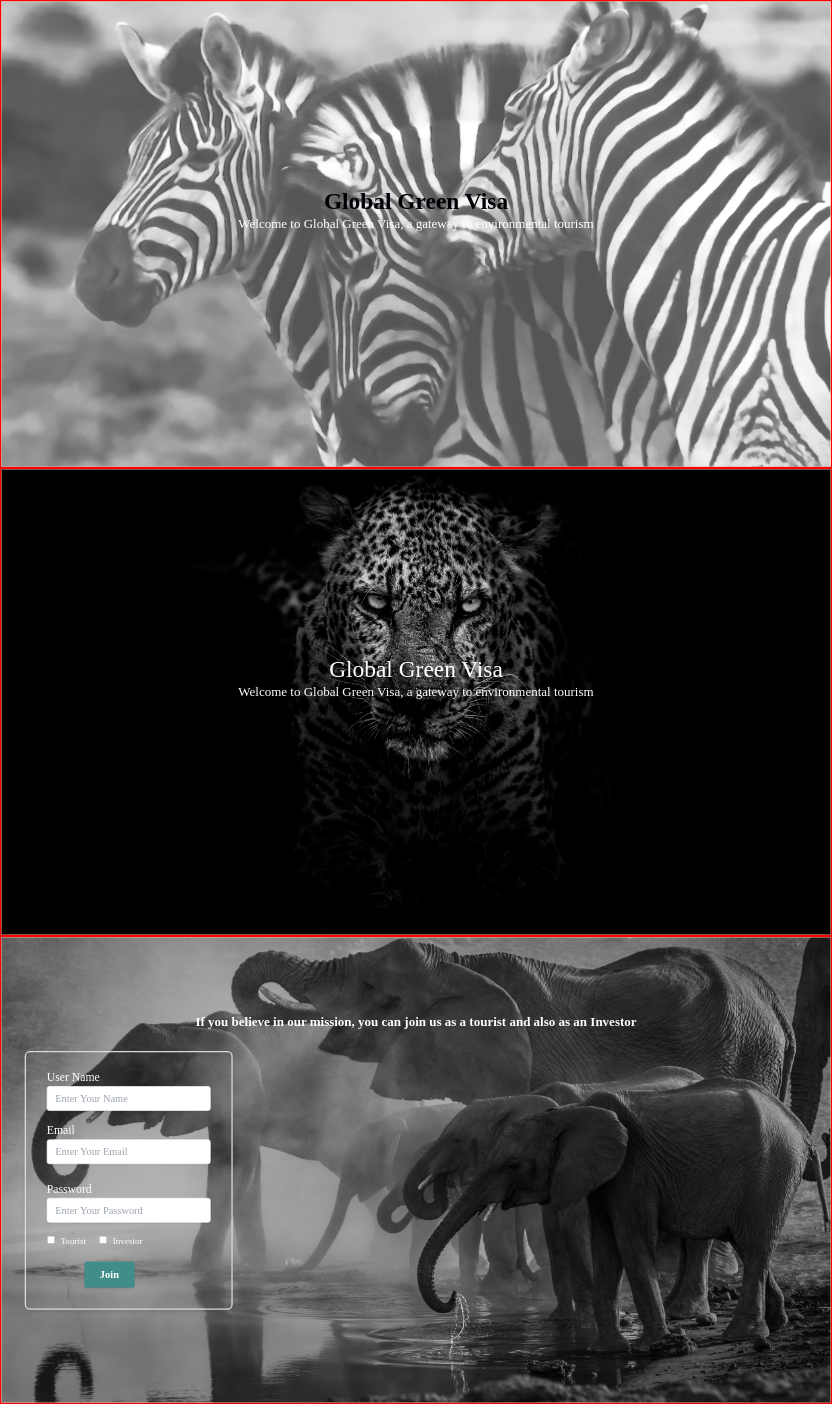
Repository: BrightonMboya/ggv-landingPage
Page: /
The author's editor kept a copy of each file at every save. The page is drawn from the files as they stood at one save, then again after the next save.
The browser window is 1280 px wide. The pictures show the whole page, at 65% of full size.
The project was rebuilt for these pictures with package versions that can differ from the ones it lists, and the page was loaded fresh each time. The framework's server and built-in components were replaced by stand-ins that run in the browser. Also part of the build but not shown: next.config.js.

Above is the page before, as saved 2022-06-14 11:01:56.

### pages/index.js
import React from "react";
import styles from "../styles/Home.module.css";
import HomePage from "./HomePage";
import AboutUs from "./AboutUs";
import Contactus from "./Contactus";

// const index = () => {
//   return (
//     <React.Fragment>
//       <div className={`${styles.global} ${styles.container}`}>
//         <section className={`${styles.section}`}>
//           <HomePage />
//         </section>
//         <section className={`${styles.section}`}>
//           <AboutUs />
//         </section>
//         <section className={`${styles.section} ${styles.three}`}>
//           <Contactus />
//         </section>
//       </div>
//     </React.Fragment>
//   );
// };

const index = () => {
  return (
    <React.Fragment>
      {/* <div className={styles.global}>
        <div className={styles.container}>
          <section className={`${styles.section}`}>
            <HomePage />
          </section>
          <section className={`${styles.section} ${styles.two}`}>
            <AboutUs />
          </section>
          <section className={styles.section}>
            <Contactus />
          </section>
        </div>
      </div> */}

      <HomePage />
      <AboutUs />
      <Contactus />
    </React.Fragment>
  );
};

export default index;

### styles/globals.css
@tailwind base;
@tailwind components;
@tailwind utilities;

@layer base {
  html {
    font-family: Syne;
  }
}

### styles/Home.module.css
.global {
  margin: 0;
  padding: 0;
  box-sizing: border-box;
  font-family: "Syne";
  /* border: 2px solid yellow; */
}
.section {
  /* height: 100vh; */
  display: flex;
  justify-content: center;
  align-items: center;
  scroll-snap-align: start;
}

.container {
  scroll-snap-type: y mandatory;
  overflow-y: scroll;
  height: 100vh;
}

.bgWrap {
  position: fixed;
  /* height: 100vh; */
  /* min-height: 80vh; */
  width: 100vw;
  overflow: hidden;
  z-index: -1;
  height: 100vh;
}

.bg {
  /* max-width: 100%; */
  position: relative;
  /* opacity: 0.1; */
  background: linear-gradient(
    to bottom-right,
    rgba(0, 1, 7, 0.7),
    rgb(78, 77, 77, 0.7)
  );
  border: 2px solid red;
  /* height: 100vh; */
}

.content {
  display: inline-block;
  position: absolute;
  left: 50%;
  top: 45%;
  width: 100%;
  transform: translate(-50%, -50%);
}

@media (max-width: 480px) {
  .content p {
    margin: 0 auto;
    max-width: 400px;
  }
}

.two {
  background: rgb(211, 79, 79);
  background: linear-gradient(
      to bottom right,
      rgba(0, 1, 7, 0.7),
      rgb(78, 77, 77, 0.7)
    ),
    url("../public/about.jpg");
  background-size: cover;
  background-repeat: no-repeat;
  background-position: center;
  font-size: 45px;
  line-height: 65px;
  text-align: center;
  color: #ffffff;
}

### pages/HomePage.js
import React from "react";
import styled from "styled-components";
import Head from "next/head";
import styles from "../styles/Home.module.css";
import Image from "next/image";

const HomePage = () => {
  return (
    <div className="">
      <div className={`${styles.bgWrap} ${styles.bg}`}>
        <Image
          src="/home.jpg"
          layout="fill"
          // width={900}
          // height={800}
          objectFit="cover"
          quality={100}
          style={{ opacity: 0.7 }}
        />

        <div className={styles.content}>
          <h2 className="text-black lg:text-4xl text-center text-7xl font-semibold">
            Global Green Visa
          </h2>
          <p className="text-white lg:text-xl text-center text-2xl">
            Welcome to Global Green Visa, a gateway to environmental tourism
          </p>
        </div>
      </div>
    </div>
  );
};
export default HomePage;

// className="absolute lg:top-[50%] top-[6%]"
// className="lg:justify-center lg:items-center sm:h-0 lg:flex lg:h-[100vh]"

### pages/AboutUs.js
import Image from "next/image";
import styles from "../styles/Home.module.css";
import styled from "styled-components";
import Head from "next/head";
// import home from "./assets/home.jpg";

const AboutUs = () => {
  return (
    <div className={styles.global}>
      <div className={`${styles.bgWrap} ${styles.bg}`}>
        <Image
          src="/about.jpg"
          layout="fill"
          // width={900}
          // height={800}
          objectFit="cover"
          quality={100}
        />
        <div className={styles.content}>
          <h2 className="text-white lg:text-4xl text-center text-2xl">
            Global Green Visa
          </h2>
          <p className="text-white lg:text-xl text-center text-md">
            Welcome to Global Green Visa, a gateway to environmental tourism
          </p>
        </div>
      </div>
    </div>
  );
};
export default AboutUs;

### pages/Contactus.js
import React from "react";
import Image from "next/image";
import styles from "../styles/Home.module.css";
import { useState } from "react";

const Contactus = () => {
  const [enteredName, setEnteredName] = useState("");
  const [enteredPassword, setEnteredPassword] = useState("");
  const [enteredMessage, setEnteredMessage] = useState("");

  const nameChangeHandler = (event) => {
    setEnteredName(event.target.value);
  };

  const passwordChangeHandler = (event) => {
    setEnteredPassword(event.target.value);
  };

  const messageChangeHandler = (event) => {
    setEnteredMessage(event.target.value);
  };

  const submitHandler = (event) => {
    event.preventDefault();
  };
  return (
    <div className="">
      <div className={`${styles.bgWrap} ${styles.bg}`}>
        <Image
          src="/contact.jpg"
          layout="fill"
          // width={900}
          // height={800}
          objectFit="cover"
          quality={100}
        />
        <div className="md:flex items-center justify-center text-white">
          <div className={styles.content}>
            <div className="mt-7 flex justify-center items-center">
              <div className="mt-8">
                <h3 className="text-lg font-semibold md:text-xl text-center px-5">
                  If you believe in our mission, you can join us as a tourist
                  and also as an Investor
                </h3>
              </div>
            </div>
            <div className="w-full max-w-xs ml-[5vh] mt-8">
              <form
                onSubmit={submitHandler}
                className="shadow-md rounded-lg px-8 pt-6 pb-8 mb-4 border-gray border-2"
              >
                <div className="mb-4">
                  <label className="text-lg">User Name</label>
                  <input
                    type="text"
                    value={enteredName}
                    onChange={nameChangeHandler}
                    placeholder="Enter Your Name"
                    className="shadow appearance-none border rounded w-full py-2 px-3 text-gray-700 leading-tight focus:outline-none focus:shadow-outline"
                  />
                </div>
                <div className="mb-6">
                  <label className="text-lg">Email</label>
                  <input
                    type="email"
                    className="shadow appearance-none border rounded w-full py-2 px-3 text-gray-700 leading-tight focus:outline-none focus:shadow-outline"
                    onChange={passwordChangeHandler}
                    placeholder="Enter Your Email"
                    value={enteredPassword}
                  />
                </div>

                <div>
                  <label className="text-lg">Password</label>
                  <input
                    type="text"
                    className="shadow appearance-none border rounded w-full py-2 px-3 text-gray-700 leading-tight focus:outline-none focus:shadow-outline"
                    placeholder="Enter Your Password"
                    value={enteredMessage}
                    onChange={messageChangeHandler}
                  />
                </div>
                <div className="flex items-center mt-4">
                  <div>
                    <input type="checkbox" className="mr-2 leading-tight" />
                    <span className="text-sm text-center">Tourist</span>
                  </div>
                  <div className="ml-5">
                    <input type="checkbox" className="mr-2 leading-tight" />
                    <span className="text-sm text-center">Investor</span>
                  </div>
                </div>

                <div className="mt-5 ml-[8vh]">
                  <button className="shadow bg-green focus:shadow-outline focus:outline-none text-white font-bold py-2 px-6 rounded">
                    Join
                  </button>
                </div>
              </form>
            </div>
          </div>
        </div>
      </div>
    </div>
  );
};

export default Contactus;

### tailwind.config.js
module.exports = {
  content: [
    "./pages/**/*.{js,ts,jsx,tsx}",
    "./components/**/*.{js,ts,jsx,tsx}"
  ],
  theme: {
    extend: {
      colors: {
        black: "#000107",
        slate: "#E3F1EF",
        green: "#418D89",
        gray: "#D9D9D9"
      },
      fontFamily: {
        Syne: ["Syne", "sans-serif"]
      }
    }
  },
  plugins: []
};

Loaded but not shown: pages/_app.js (common file)

After the next save:
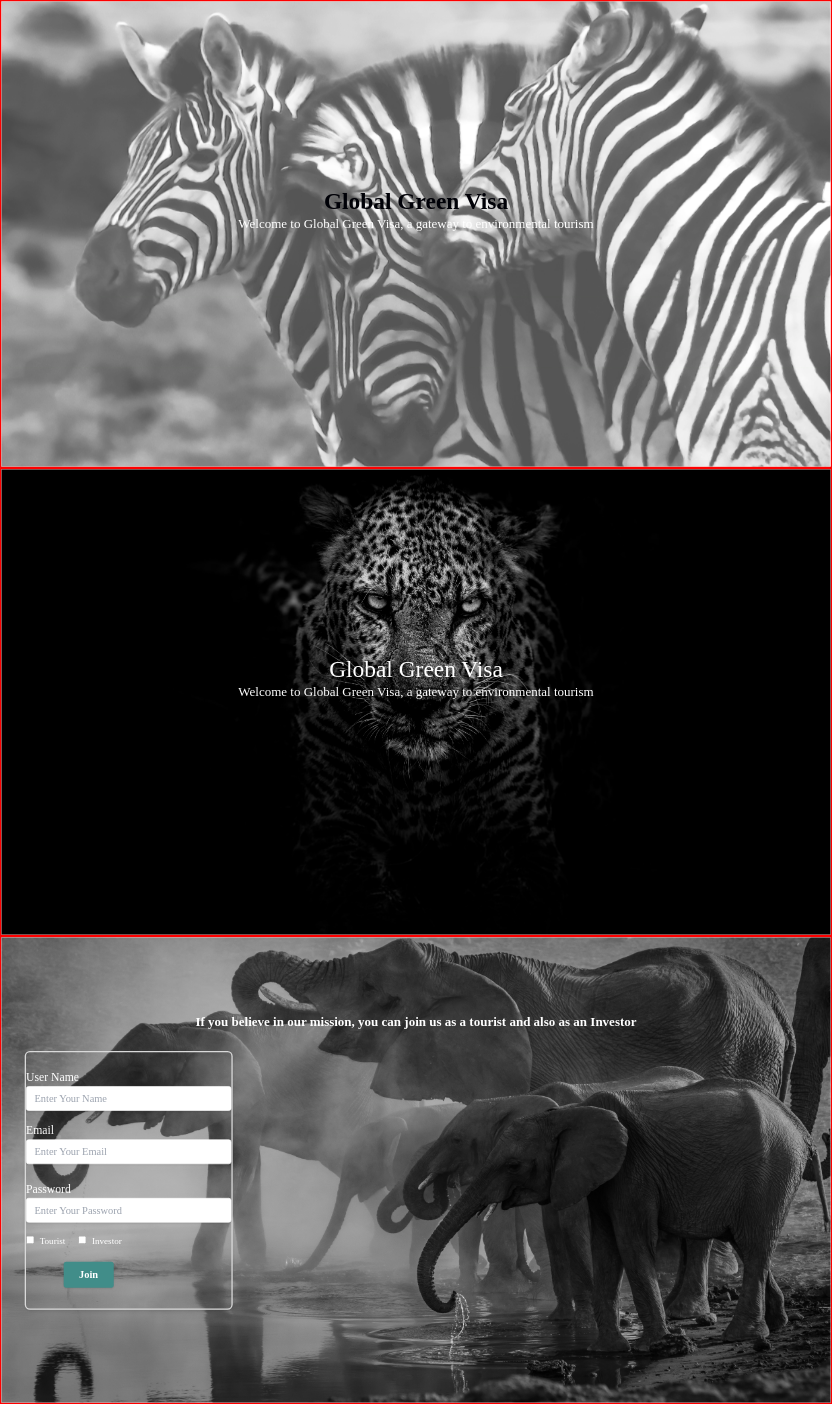
Saved 38 s later.
--- a/pages/Contactus.js
+++ b/pages/Contactus.js
@@ -47,7 +47,7 @@
             <div className="w-full max-w-xs ml-[5vh] mt-8">
               <form
                 onSubmit={submitHandler}
-                className="shadow-md rounded-lg px-8 pt-6 pb-8 mb-4 border-gray border-2"
+                className="shadow-md rounded-lg pt-6 pb-8 mb-4 border-gray border-2"
               >
                 <div className="mb-4">
                   <label className="text-lg">User Name</label>

After the save that followed:
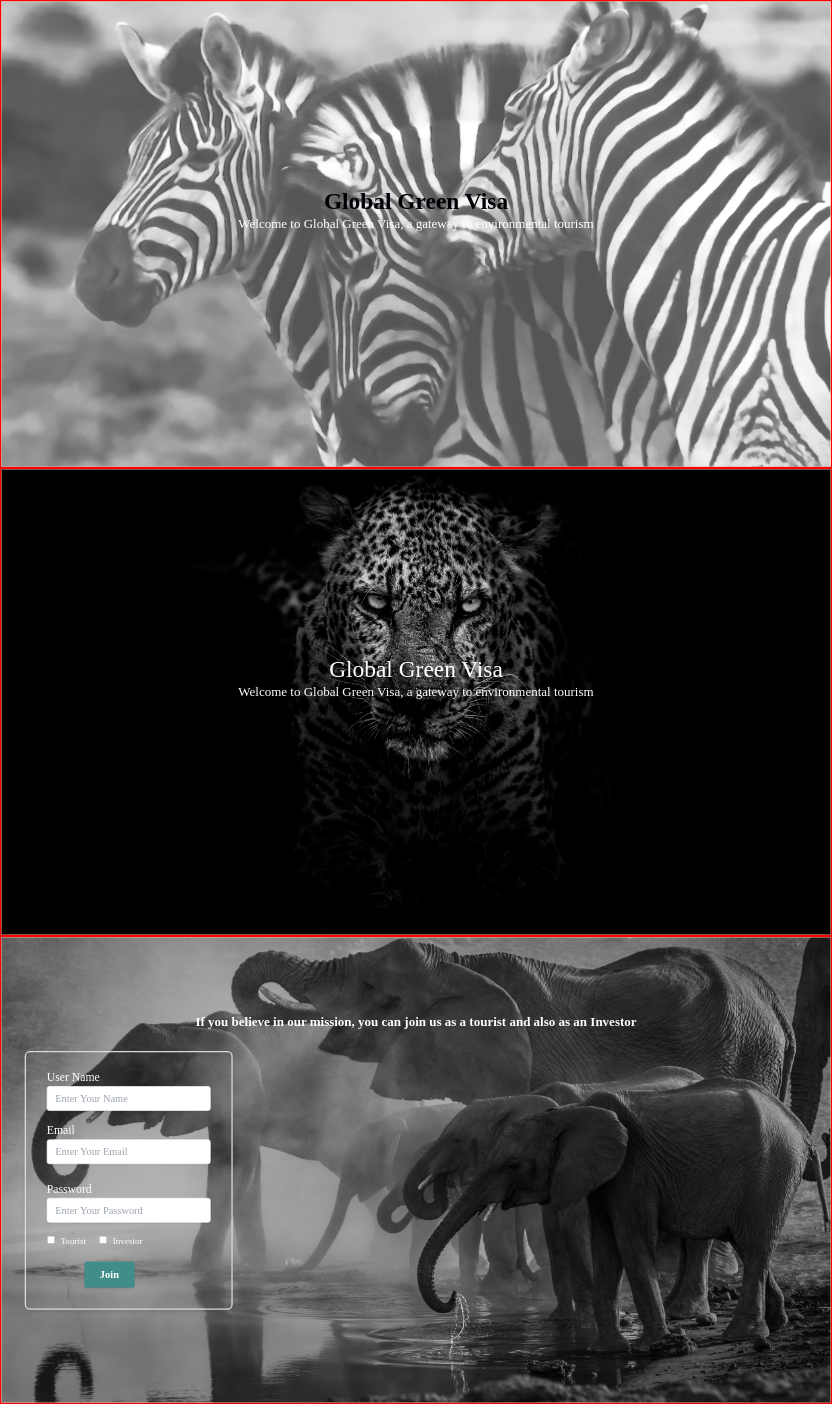
Saved 7 s later.
--- a/pages/Contactus.js
+++ b/pages/Contactus.js
@@ -47,7 +47,7 @@
             <div className="w-full max-w-xs ml-[5vh] mt-8">
               <form
                 onSubmit={submitHandler}
-                className="shadow-md rounded-lg pt-6 pb-8 mb-4 border-gray border-2"
+                className="shadow-md rounded-lg px-8 pt-6 pb-8 mb-4 border-gray border-2"
               >
                 <div className="mb-4">
                   <label className="text-lg">User Name</label>
